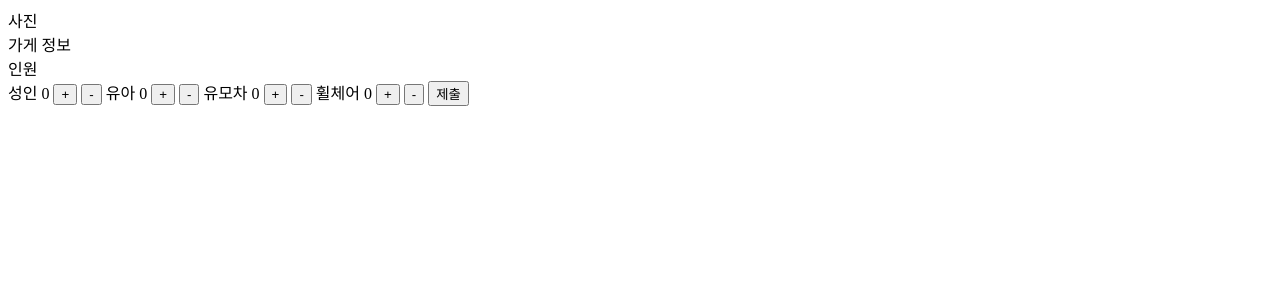
Repository: MeGuuuun/-_TableJava
Page: http://localhost/kimbanbagi/book.jsp
An editor plug-in stored every save of this project. The page is shown before and after the next save, followed by the edit.
The browser window is 1280 px wide. The pictures show the whole page.
The page is served by Tomcat 10. Other server files are loaded and not shown.

Above is the page before, as saved 2024-06-03 01:17:00.

### tableJava/kimbanbagi/WebContent/book.jsp
<%@ page language="java" contentType="text/html; charset=UTF-8"
    pageEncoding="UTF-8"%>
<!DOCTYPE html>
<html>
<head>
<meta charset="UTF-8">
<title>예약 화면</title>
<script src="https://code.jquery.com/jquery-3.6.0.min.js"></script>
</head>
<body>
<form action="book" method="post" id="frm">
	<div id="container">
		<div id="store_div">
			<div>사진</div>
			<div>가게 정보<br></div>
		</div>
		<div id="book_div">
			인원 <br>
			성인
			<span id="a_count" name="adultCount">0</span>
			<button type="button" id="a_increaseCount">+</button>
    		<button type="button" id="a_decreaseCount">-</button>
    		유아
    		<span id="k_count" name="kidCount">0</span>
			<button type="button" id="k_increaseCount">+</button>
    		<button type="button" id="k_decreaseCount">-</button>
    		유모차
    		<span id="s_count" name="stroller">0</span>
			<button type="button" id="s_increaseCount">+</button>
    		<button type="button" id="s_decreaseCount">-</button>
    		휠체어
    		<span id="w_count" name="wheelchair">0</span>
			<button type="button" id="w_increaseCount">+</button>
    		<button type="button" id="w_decreaseCount">-</button>

    		<button type="submit" id="submitBtn">제출</button>
		</div>
		<script>
			$(document).ready(function() {
				var a_count = parseInt($("#a_count").text()); // 성인 인원
			    var k_count = parseInt($("#k_count").text()); // 유아 인원
			    var s_count = parseInt($("#s_count").text()); // 유모차 개수
			    var w_count = parseInt($("#w_count").text()); // 휠체어 개수

			 // 성인 인원 증가/감소
			    $('#a_increaseCount').on('click', function(event) {
			        event.preventDefault();
			        a_count++;
			        $("#a_count").text(a_count);
			    });

			    $('#a_decreaseCount').on('click', function(event) {
			        event.preventDefault();
			        if (a_count > 0) {
			            a_count--;
			            $("#a_count").text(a_count);
			        }
			    });

			    // 유아 인원 증가/감소
			    $('#k_increaseCount').on('click', function(event) {
			        event.preventDefault();
			        k_count++;
			        $("#k_count").text(k_count);
			    });

			    $('#k_decreaseCount').on('click', function(event) {
			        event.preventDefault();
			        if (k_count > 0) {
			            k_count--;
			            $("#k_count").text(k_count);
			        }
			    });

			    // 유모차 개수 증가/감소
			    $('#s_increaseCount').on('click', function(event) {
			        event.preventDefault();
			        s_count++;
			        $("#s_count").text(s_count);
			    });

			    $('#s_decreaseCount').on('click', function(event) {
			        event.preventDefault();
			        if (s_count > 0) {
			            s_count--;
			            $("#s_count").text(s_count);
			        }
			    });

			    // 휠체어 개수 증가/감소
			    $('#w_increaseCount').on('click', function(event) {
			        event.preventDefault();
			        w_count++;
			        $("#w_count").text(w_count);
			    });

			    $('#w_decreaseCount').on('click', function(event) {
			        event.preventDefault();
			        if (w_count > 0) {
			            w_count--;
			            $("#w_count").text(w_count);
			        }
			    });

			    // 제출 버튼 클릭 시 form submit
			    $('#submitBtn').on('click', function(event) {
			        event.preventDefault();
			        $('#frm').submit();
			    });
			});
		</script>
	</div>
</form>
</body>
</html>

After the next save:
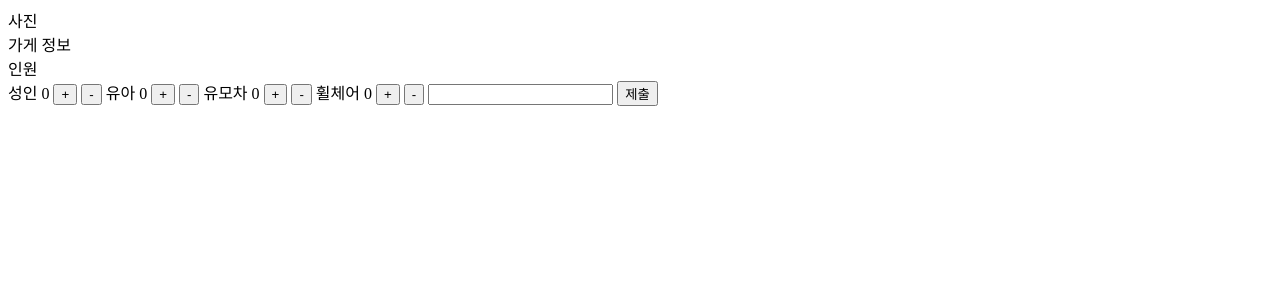
Saved 15 min 4 s later.
--- a/tableJava/kimbanbagi/WebContent/book.jsp
+++ b/tableJava/kimbanbagi/WebContent/book.jsp
@@ -33,6 +33,7 @@
 			<button type="button" id="w_increaseCount">+</button>
     		<button type="button" id="w_decreaseCount">-</button>
 
+    		<input type="text" name="test"></span>
     		<button type="submit" id="submitBtn">제출</button>
 		</div>
 		<script>

After the 2 saves that followed:
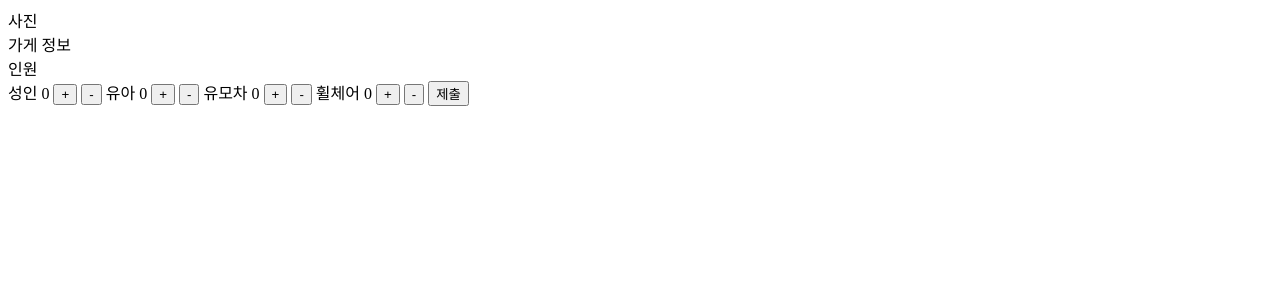
The 2 saves are shown as one change because 1 left the picture as it was.
The last was saved 13 min 9 s later.
--- a/tableJava/kimbanbagi/WebContent/book.jsp
+++ b/tableJava/kimbanbagi/WebContent/book.jsp
@@ -17,23 +17,28 @@
 		<div id="book_div">
 			인원 <br>
 			성인
-			<span id="a_count" name="adultCount">0</span>
+			<span id="a_count">0</span>
 			<button type="button" id="a_increaseCount">+</button>
     		<button type="button" id="a_decreaseCount">-</button>
+    		<input type="hidden">
     		유아
-    		<span id="k_count" name="kidCount">0</span>
+    		<span id="k_count">0</span>
 			<button type="button" id="k_increaseCount">+</button>
     		<button type="button" id="k_decreaseCount">-</button>
     		유모차
-    		<span id="s_count" name="stroller">0</span>
+    		<span id="s_count">0</span>
 			<button type="button" id="s_increaseCount">+</button>
     		<button type="button" id="s_decreaseCount">-</button>
     		휠체어
-    		<span id="w_count" name="wheelchair">0</span>
+    		<span id="w_count">0</span>
 			<button type="button" id="w_increaseCount">+</button>
     		<button type="button" id="w_decreaseCount">-</button>
 
-    		<input type="text" name="test"></span>
+    		<input type="hidden" name="adultCount" id="hiddenAdultCount" value="0">
+    		<input type="hidden" name="kidCount" id="hiddenKidCount" value="0">
+    		<input type="hidden" name="stroller" id="hiddenStroller" value="0">
+    		<input type="hidden" name="wheelchair" id="hiddenWheelchair" value="0">
+
     		<button type="submit" id="submitBtn">제출</button>
 		</div>
 		<script>
@@ -106,6 +111,10 @@
 			    // 제출 버튼 클릭 시 form submit
 			    $('#submitBtn').on('click', function(event) {
 			        event.preventDefault();
+			        $('#hiddenAdultCount').val($("#a_count").text());
+			        $('#hiddenKidCount').val($("#k_count").text());
+			        $('#hiddenStroller').val($("#s_count").text());
+			        $('#hiddenWheelchair').val($("#w_count").text());
 			        $('#frm').submit();
 			    });
 			});
